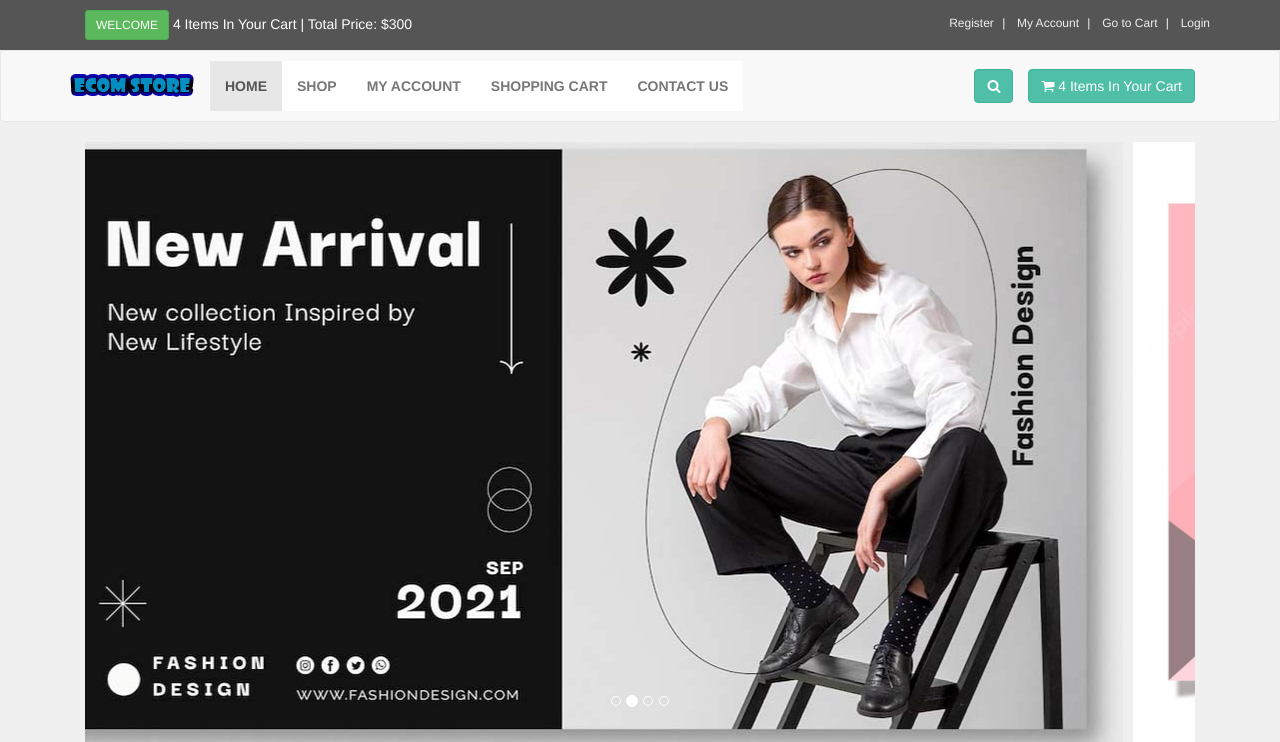
Repository: truonghuynhquy/M_Dev_Store
Page: http://localhost/
These files come from the project's save history. The page is drawn as it stood at one moment and after the next save; the edit follows.
The browser window is 1280 px wide. The pictures show the whole page.
The page is run by PHP 8.4 with error messages shown; the project is at /var/www/html/.

Above is the page before, as saved 2022-09-22 09:31:03.

After the next save:
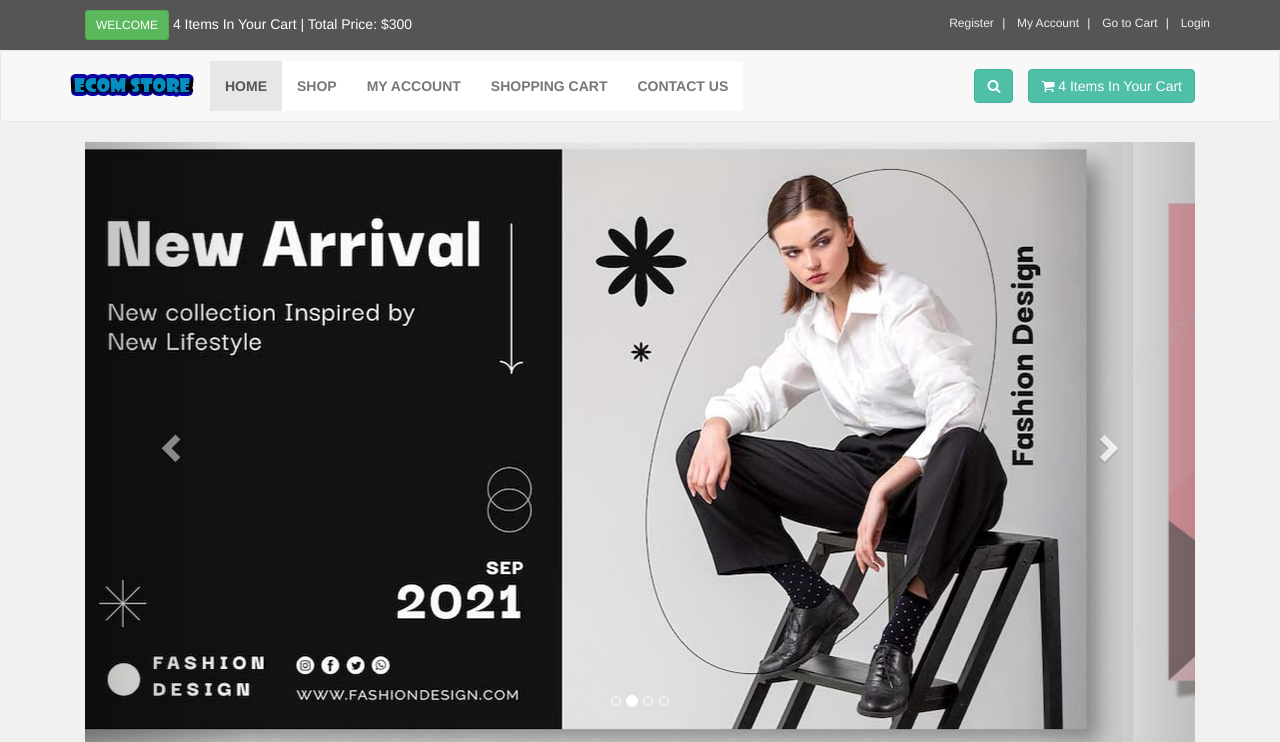
Saved 115 s later.
--- a/index.php
+++ b/index.php
@@ -219,6 +219,22 @@
 
                 </div><!-- carousel-inner Finish -->
 
+                <a href="#myCarousel" class="left carousel-control" data-slide="prev">
+                    <!-- left carousel-control Begin -->
+
+                    <span class="glyphicon glyphicon-chevron-left"></span>
+                    <span class="sr-only">Previous</span>
+
+                </a><!-- left carousel-control Finish -->
+
+                <a href="#myCarousel" class="right carousel-control" data-slide="next">
+                    <!-- left carousel-control Begin -->
+
+                    <span class="glyphicon glyphicon-chevron-right"></span>
+                    <span class="sr-only">Next</span>
+
+                </a><!-- left carousel-control Finish -->
+
             </div><!-- carousel slide  Finish -->
 
         </div><!-- col-md-12 Finish -->
